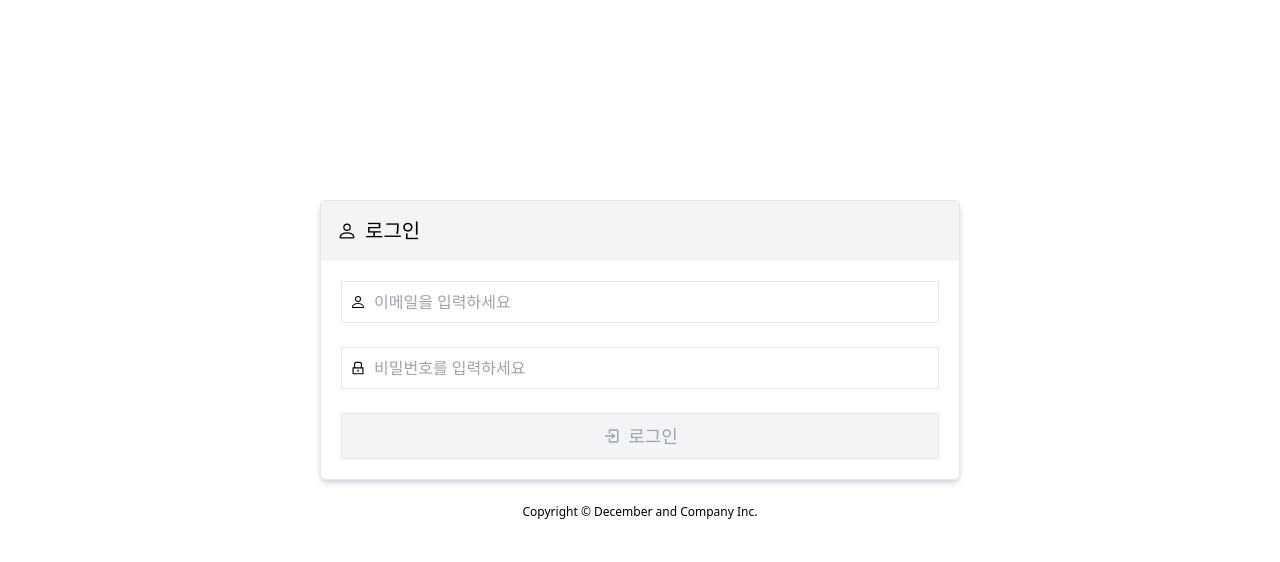
Repository: wanted-pre-onboarding-4/pre-onboarding-assignment-week-4-1-team-4
Page: /login (app in client/)
These files come from the project's save history. The page is drawn as it stood at one moment and after a run of saves; the edit follows.
The browser window is 1280 px wide. The pictures show the whole page.
The project was rebuilt for these pictures with package versions that can differ from the ones it lists, and the page was loaded fresh each time. Also part of the build but not shown: client/src/components/Footer.jsx, client/src/components/Header.jsx, client/src/components/Sider.jsx, client/src/components/Layout.jsx.

Above is the page before, as saved 2022-09-20 21:26:45.

### client/src/index.js
import React from 'react';
import ReactDOM from 'react-dom/client';
import App from './App';
import "./index.css"
const root = ReactDOM.createRoot(document.getElementById('root'));
root.render(
  <React.StrictMode>
    <App />
  </React.StrictMode>
);

### client/src/App.js
import { BrowserRouter as Router, Routes, Route } from 'react-router-dom';
import Layout from './components/Layout';
import Login from './pages/login/Login';

function App() {
  return (
    <Router>
      <Routes>
        <Route path="/login" element={<Login/>} />
        <Route element={<Layout />}>
          <Route path="/" element={<div>홈</div>} />
          <Route path="/users" element={<div>유저 목록 페이지</div>} />
          <Route path="/users/:user_id" element={<div>유저 상세 페이지</div>} />
          <Route path="/accounts" element={<div>계좌 목록 페이지</div>} />
          <Route path="/accounts/:account_id" element={<div>계좌 상세 페이지</div>} />
          <Route path="*" element={<div>404페이지</div>} />
        </Route>
      </Routes>
    </Router>
  );
}

export default App;

### client/src/index.css
#root{
  display: flex;
  height:100vh;
}

@tailwind base;
@tailwind components;
@tailwind utilities;

### client/src/pages/login/Login.jsx
import React from 'react';
import { BsPerson } from 'react-icons/bs';
import { AiOutlineLock } from 'react-icons/ai';
import { BiLogIn } from 'react-icons/bi';

const Login = () => {
  return (
    <div className='flex flex-col justify-center items-center w-full gap-y-6'>
      <div className='border-solid border-[1px] rounded-md shadow-md shadow-gray-300 w-1/2'>
        <div className="flex items-center justify-start space-x-2 p-4 font-medium text-xl bg-gray-100">
          <BsPerson />
          <h1>로그인</h1>
        </div>
        <form className='flex flex-col gap-y-6 p-5'>
          <label className="flex items-center space-x-2 border-solid border-[1px] p-2">
            <BsPerson />
            <input type="email" placeholder="이메일을 입력하세요" className='outline-none' />
          </label>
          <label className="flex items-center space-x-2 border-solid border-[1px] p-2">
            <AiOutlineLock />
            <input type="password" placeholder="비밀번호를 입력하세요" className='outline-none' />
          </label>
          <button
            className="flex items-center justify-center space-x-2 w-full text-lg border-solid border-[1px] p-2 disabled:text-gray-400 disabled:bg-gray-100"
            disabled={true}
          >
            <BiLogIn />
            <span>로그인</span>
          </button>
        </form>
      </div>
        <p className='text-xs'>Copyright © December and Company Inc.</p>
    </div>
  );
};

export default Login;

Loaded but not shown: client/public/index.html (common file); client/tailwind.config.js (common file)

After the next 2 saves:
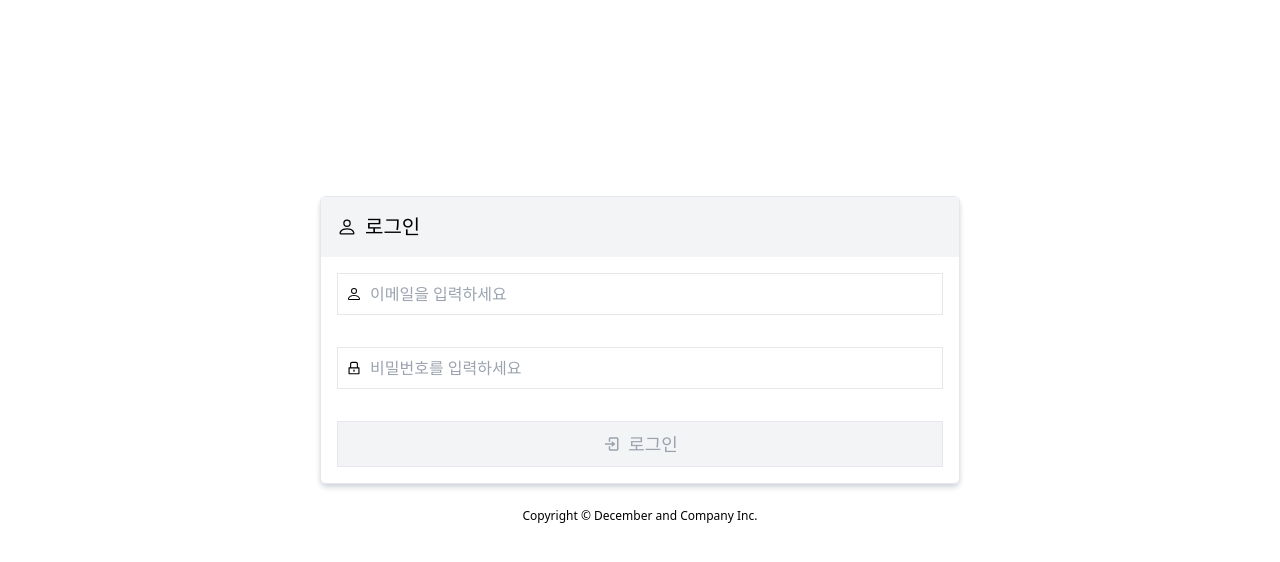
The 2 saves are shown as one change because they came seconds apart.
The last was saved 6 s later.
--- a/client/src/pages/login/Login.jsx
+++ b/client/src/pages/login/Login.jsx
@@ -11,7 +11,7 @@ const Login = () => {
           <BsPerson />
           <h1>로그인</h1>
         </div>
-        <form className='flex flex-col gap-y-6 p-5'>
+        <form className='flex flex-col gap-y-8 p-4'>
           <label className="flex items-center space-x-2 border-solid border-[1px] p-2">
             <BsPerson />
             <input type="email" placeholder="이메일을 입력하세요" className='outline-none' />
